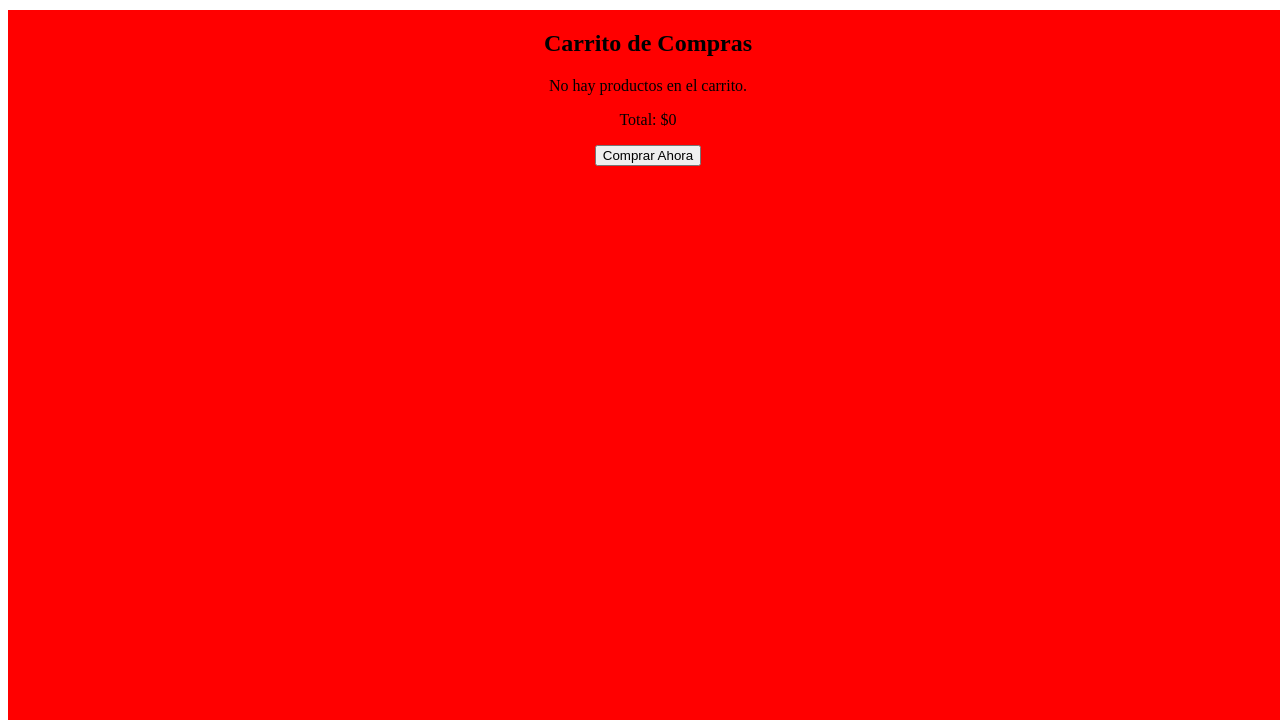
Repository: ye909/RAVPIP
Page: src/templei/ventasPortatil.html
An editor plug-in stored every save of this project. The page is shown before and after the next save, followed by the edit.
The browser window is 1280 px wide. The pictures show the window.
A layer covers the whole window, so only the first screen is drawn.

Above is the page before, as saved 2025-04-10 08:09:34.
Console error: ReferenceError: updateCart is not defined

After the next save:
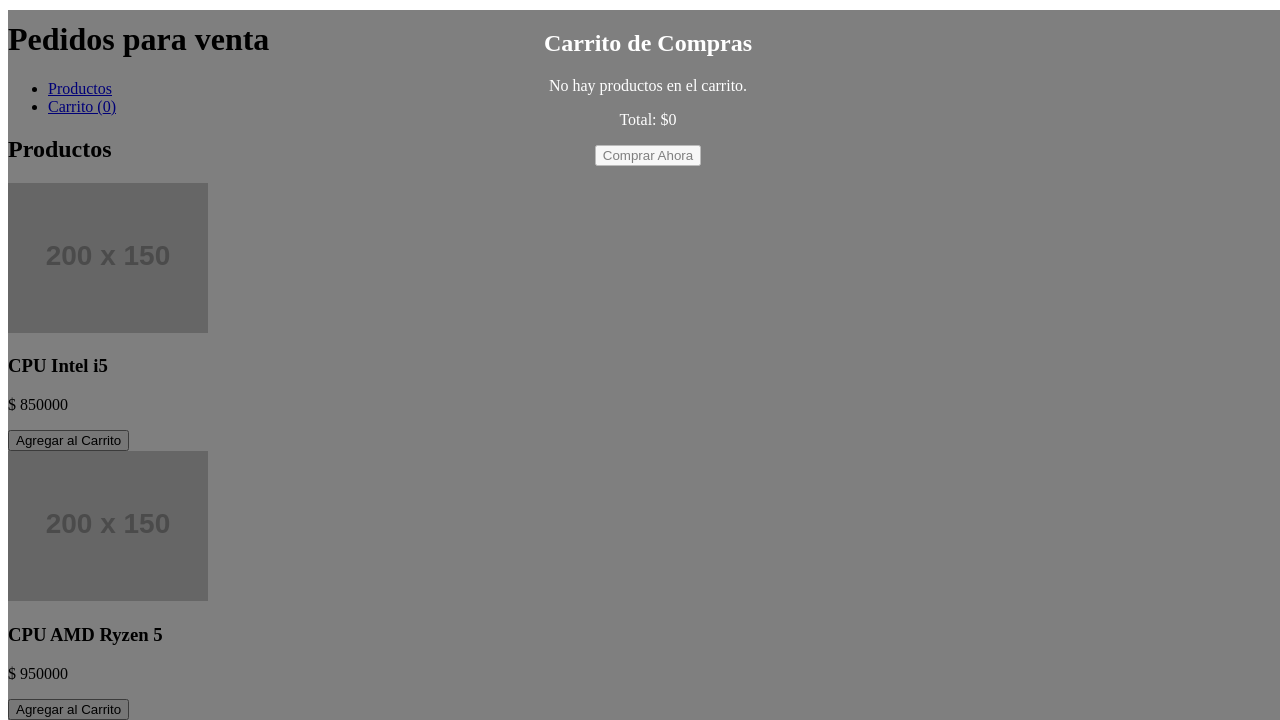
Saved 41 s later.
--- a/src/css/ventas.css
+++ b/src/css/ventas.css
@@ -106,10 +106,10 @@ body {
     position: fixed;
     top: 10px;
  text-align: center;
-   background:red;
+   background:black;
    width:100%;
-
-
    height: 100%;
+   color:white;
+   opacity: 0.5;
 
   }
